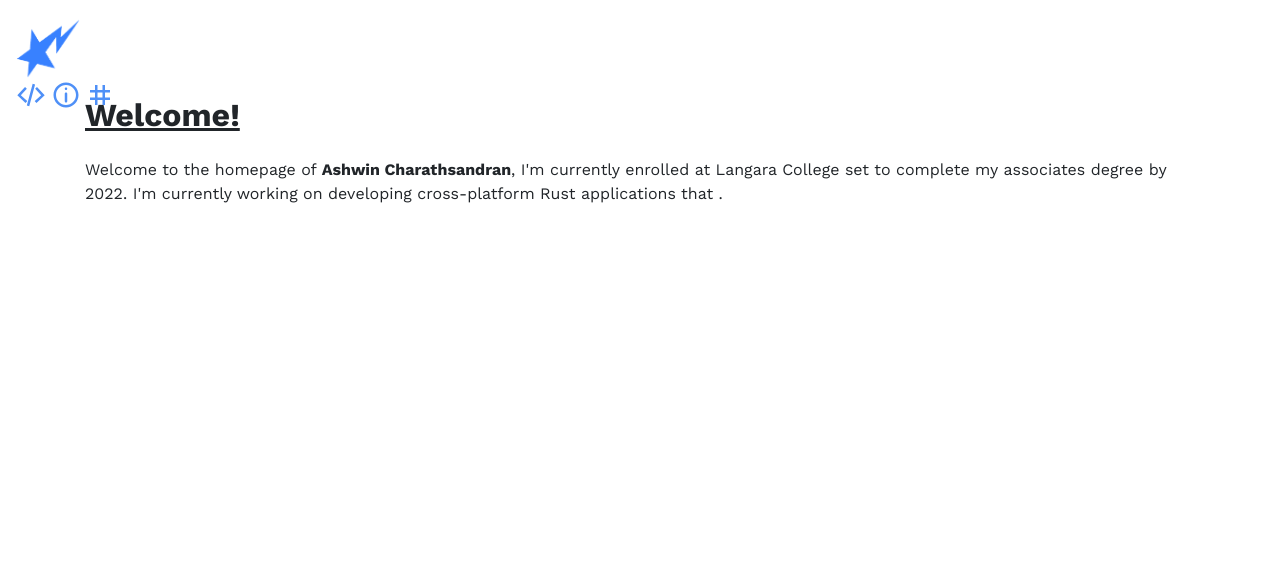
Repository: xxiz/ashwin.lol_flask
Page: http://localhost/
An editor plug-in stored every save of this project. The page is shown before and after the next save, followed by the edit.
The browser window is 1280 px wide. The pictures show the whole page.
The page is served by the project's application, run on Flask 3 (app.py).

Above is the page before, as saved 2021-08-31 17:04:40.

### templates/index.html
{% extends 'base.html'%}
{% block content %}
    <h1>Welcome!</h1>
    <p>Welcome to the homepage of <b>Ashwin Charathsandran</b>, I'm currently enrolled at Langara College set to complete my associates degree by 2022. I'm currently working on developing cross-platform Rust applications that . </p>
{% endblock %}

### templates/base.html
<!DOCTYPE html>
<html lang="en">
<head>
    <meta charset="UTF-8">
    <meta http-equiv="X-UA-Compatible" content="IE=edge">
    <meta name="viewport" content="width=device-width, initial-scale=1.0">
    <meta name="viewport" content="width=device-width, initial-scale=1">
    <link rel="stylesheet" href="https://stackpath.bootstrapcdn.com/bootstrap/4.1.3/css/bootstrap.min.css" integrity="sha384-MCw98/SFnGE8fJT3GXwEOngsV7Zt27NXFoaoApmYm81iuXoPkFOJwJ8ERdknLPMO" crossorigin="anonymous">
    <link href='https://css.gg/home-alt.css' rel='stylesheet'>
    <link rel="stylesheet" href="static/app.css">
    <title>{{ title }}</title>
</head>
<body>
  <header>
    <nav>
      <!-- <a href="/"><?xml version="1.0" encoding="UTF-8"?><svg fill="none" viewBox="0 0 24 24" xmlns="http://www.w3.org/2000/svg"><path d="m6 22.879c-1.6568 0-3-1.3432-3-3v-10c0-0.03389 0.00169-0.0674 0.00498-0.10043h-0.00498c0-0.57596 0.2288-1.1283 0.63607-1.5356l6.2426-6.2426c1.1715-1.1716 3.071-1.1716 4.2426 0l6.2426 6.2426c0.4073 0.40726 0.6361 0.95963 0.6361 1.5356h-5e-3c0.0033 0.03303 5e-3 0.06654 5e-3 0.10043v10c0 1.6568-1.3431 3-3 3h-12zm6.7071-19.464 6.2929 6.2929v10.172c0 0.5522-0.4477 1-1 1h-3v-5c0-1.6569-1.3431-3-3-3s-3 1.3431-3 3v5h-3c-0.55228 0-1-0.4478-1-1v-10.172l6.2929-6.293c0.3905-0.39052 1.0237-0.39052 1.4142 0z" clip-rule="evenodd" fill="currentColor" fill-rule="evenodd"/></svg></a> -->
      <a href="/"><img width="64" src="/static/logo.png" alt="A"></a>
      <br>
      <a href="/projects"><?xml version="1.0" encoding="UTF-8"?><svg viewBox="0 0 24 24" xmlns="http://www.w3.org/2000/svg"><path d="m13.325 3.0501-4.6576 17.382 1.9319 0.5176 4.6575-17.382-1.9318-0.51764z" fill="currentColor"/><path d="m7.612 18.361 1.3594-1.4484-5e-4 -0.0191-5.0943-4.7812 4.7904-5.1041-1.4583-1.3687-6.1591 6.5624 6.5624 6.1591z" fill="currentColor"/><path d="m16.388 18.361-1.3594-1.4484 5e-4 -0.0191 5.0943-4.7812-4.7904-5.1041 1.4583-1.3687 6.1591 6.5624-6.5624 6.1591z" fill="currentColor"/></svg></a>
      <a href=""><?xml version="1.0" encoding="UTF-8"?><svg viewBox="0 0 24 24" xmlns="http://www.w3.org/2000/svg"><path d="m11 10.979c0-0.5523 0.4477-1 1-1s1 0.44773 1 1v6c0 0.5523-0.4477 1-1 1s-1-0.4477-1-1v-6z" fill="currentColor"/><path d="m12 6.0512c-0.5523 0-1 0.44771-1 1 0 0.55228 0.4477 1 1 1s1-0.44772 1-1c0-0.55229-0.4477-1-1-1z" fill="currentColor"/><path d="m12 2c-5.5228 0-10 4.4772-10 10 0 5.5228 4.4772 10 10 10 5.5228 0 10-4.4772 10-10 0-5.5228-4.4772-10-10-10zm-8 10c0 4.4183 3.5817 8 8 8 4.4183 0 8-3.5817 8-8 0-4.4183-3.5817-8-8-8-4.4183 0-8 3.5817-8 8z" clip-rule="evenodd" fill="currentColor" fill-rule="evenodd"/></svg></a>
      <a href=""><?xml version="1.0" encoding="UTF-8"?><svg fill="none" viewBox="0 0 24 24" xmlns="http://www.w3.org/2000/svg"><path d="m8 4v4h-4v2h4v4h-4v2h4v4h2v-4h4v4h2v-4h4v-2h-4v-4h4v-2h-4v-4h-2v4h-4v-4h-2zm6 10v-4h-4v4h4z" clip-rule="evenodd" fill="currentColor" fill-rule="evenodd"/></svg></a>
    </nav>
  </header>
  <main>
    <div class="container">
      {% block content %} {% endblock %}
  </div>
  </main>
    <script src="https://code.jquery.com/jquery-3.3.1.slim.min.js" integrity="sha384-q8i/X+965DzO0rT7abK41JStQIAqVgRVzpbzo5smXKp4YfRvH+8abtTE1Pi6jizo" crossorigin="anonymous"></script>
    <script src="https://cdnjs.cloudflare.com/ajax/libs/popper.js/1.14.3/umd/popper.min.js" integrity="sha384-ZMP7rVo3mIykV+2+9J3UJ46jBk0WLaUAdn689aCwoqbBJiSnjAK/l8WvCWPIPm49" crossorigin="anonymous"></script>
    <script src="https://stackpath.bootstrapcdn.com/bootstrap/4.1.3/js/bootstrap.min.js" integrity="sha384-ChfqqxuZUCnJSK3+MXmPNIyE6ZbWh2IMqE241rYiqJxyMiZ6OW/JmZQ5stwEULTy" crossorigin="anonymous"></script>
</body>
</html>

### app.py
from flask import Flask, request
from web.content import index_page, projects_page
web = Flask(__name__)
web.config['SQLALCHEMY_TRACK_MODIFICATIONS'] = False

@web.route('/')
def index():
    return index_page()

@web.route('/projects')
def projects():
    return projects_page()

### web/content.py
from flask import render_template
import json

# Page Content
prefix = "Ashwin Charathsandran — "

# Meta Tags
preview_message = ""
preview_title = ""
preview_image = ""

with open('web/projects.json', 'r') as file:
    projects = json.load(file)

def index_page():
    return render_template('index.html',
    title = prefix + "Welcome!",
    preview_title = preview_title,
    preview_image = preview_image,
    preview_message = preview_message)

def projects_page():
    return render_template('projects.html',
    title = prefix + "Projects",
    items = projects,
    preview_title = preview_title,
    preview_image = preview_image,
    preview_message = preview_message)

### web/projects.json
[
        {
            "title": "Vernon",
            "description": "Quality-focused reboot composite",
            "image_url": "http://placeimg.com/640/480"
        },
        {
            "title": "Nolan",
            "description": "Multi-layered firmware",
            "image_url": "http://placeimg.com/640/480"
        },
        {
            "title": "Reyes",
            "description": "array national",
            "image_url": "http://placeimg.com/640/480"
        }
]

### static/app.css
@import url('https://fonts.googleapis.com/css2?family=Work+Sans:wght@400;700&display=swap');

:root {
    --blue: #4f90f7;
    --red: #d93434;
}

h1 {
    font-family: 'Work Sans', sans-serif;
    font-weight: 700;
    padding-bottom: 0.5em; padding-top: 0.5em;
    text-decoration: underline;
    font-size: 32px;
}

p {
    font-family: 'Work Sans', sans-serif;
    font-weight: 400;
}

a {
    text-decoration: none;
    color: var(--blue);
}

a:hover {
    animation: hover-effect 1s infinite linear;
}

.card {
    margin-bottom: 1.5em;
}

.description {
    padding-bottom: 0.5em;
    font-size: 18px;
}
nav {
    padding: 1em;
    overflow: hidden;
    position: fixed;
    top: 0;
    width: 100%;
}

nav a svg {
    width: 30px;
}

.navbar-logo {
    margin-right: 50px;
    width: 60px;
}

.nav-item {
    font-weight: 700;
}
main {
    padding-top: 80px;
}


@keyframes hover-effect {
    0% {
        color: var(--blue);
    }
    50% {
        color: var(--red);

    }
    100% {
        color: var(--blue);
    }
}

After the next save:
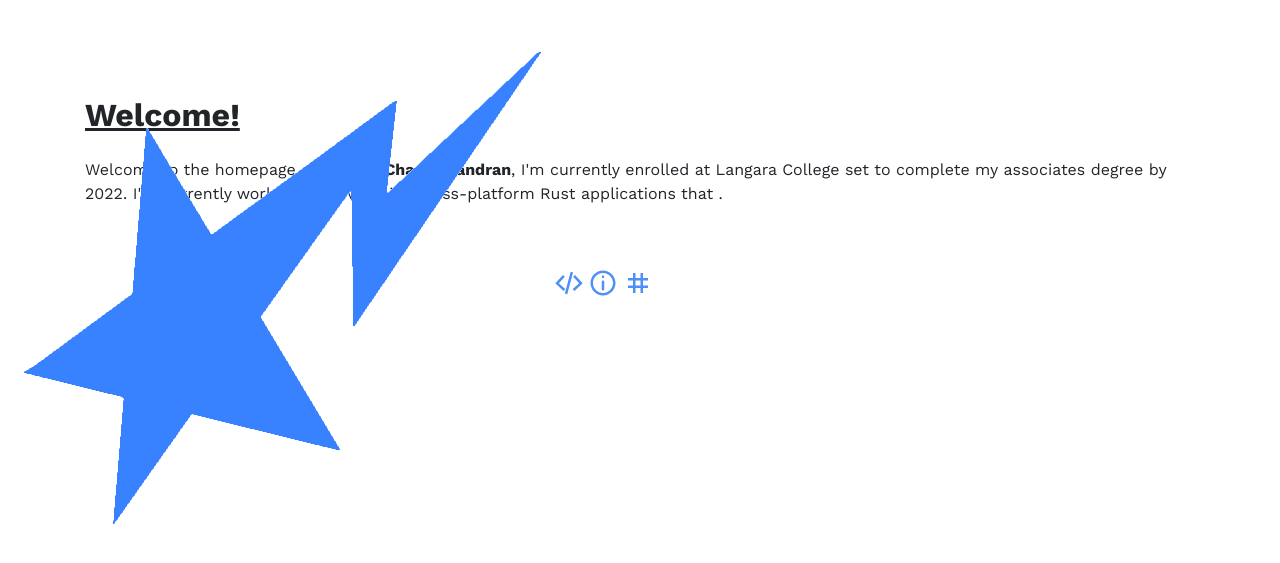
Saved 16 s later.
--- a/templates/base.html
+++ b/templates/base.html
@@ -14,8 +14,7 @@
   <header>
     <nav>
       <!-- <a href="/"><?xml version="1.0" encoding="UTF-8"?><svg fill="none" viewBox="0 0 24 24" xmlns="http://www.w3.org/2000/svg"><path d="m6 22.879c-1.6568 0-3-1.3432-3-3v-10c0-0.03389 0.00169-0.0674 0.00498-0.10043h-0.00498c0-0.57596 0.2288-1.1283 0.63607-1.5356l6.2426-6.2426c1.1715-1.1716 3.071-1.1716 4.2426 0l6.2426 6.2426c0.4073 0.40726 0.6361 0.95963 0.6361 1.5356h-5e-3c0.0033 0.03303 5e-3 0.06654 5e-3 0.10043v10c0 1.6568-1.3431 3-3 3h-12zm6.7071-19.464 6.2929 6.2929v10.172c0 0.5522-0.4477 1-1 1h-3v-5c0-1.6569-1.3431-3-3-3s-3 1.3431-3 3v5h-3c-0.55228 0-1-0.4478-1-1v-10.172l6.2929-6.293c0.3905-0.39052 1.0237-0.39052 1.4142 0z" clip-rule="evenodd" fill="currentColor" fill-rule="evenodd"/></svg></a> -->
-      <a href="/"><img width="64" src="/static/logo.png" alt="A"></a>
-      <br>
+      <a href="/"><img src="/static/logo.png" alt="A"></a>
       <a href="/projects"><?xml version="1.0" encoding="UTF-8"?><svg viewBox="0 0 24 24" xmlns="http://www.w3.org/2000/svg"><path d="m13.325 3.0501-4.6576 17.382 1.9319 0.5176 4.6575-17.382-1.9318-0.51764z" fill="currentColor"/><path d="m7.612 18.361 1.3594-1.4484-5e-4 -0.0191-5.0943-4.7812 4.7904-5.1041-1.4583-1.3687-6.1591 6.5624 6.5624 6.1591z" fill="currentColor"/><path d="m16.388 18.361-1.3594-1.4484 5e-4 -0.0191 5.0943-4.7812-4.7904-5.1041 1.4583-1.3687 6.1591 6.5624-6.5624 6.1591z" fill="currentColor"/></svg></a>
       <a href=""><?xml version="1.0" encoding="UTF-8"?><svg viewBox="0 0 24 24" xmlns="http://www.w3.org/2000/svg"><path d="m11 10.979c0-0.5523 0.4477-1 1-1s1 0.44773 1 1v6c0 0.5523-0.4477 1-1 1s-1-0.4477-1-1v-6z" fill="currentColor"/><path d="m12 6.0512c-0.5523 0-1 0.44771-1 1 0 0.55228 0.4477 1 1 1s1-0.44772 1-1c0-0.55229-0.4477-1-1-1z" fill="currentColor"/><path d="m12 2c-5.5228 0-10 4.4772-10 10 0 5.5228 4.4772 10 10 10 5.5228 0 10-4.4772 10-10 0-5.5228-4.4772-10-10-10zm-8 10c0 4.4183 3.5817 8 8 8 4.4183 0 8-3.5817 8-8 0-4.4183-3.5817-8-8-8-4.4183 0-8 3.5817-8 8z" clip-rule="evenodd" fill="currentColor" fill-rule="evenodd"/></svg></a>
       <a href=""><?xml version="1.0" encoding="UTF-8"?><svg fill="none" viewBox="0 0 24 24" xmlns="http://www.w3.org/2000/svg"><path d="m8 4v4h-4v2h4v4h-4v2h4v4h2v-4h4v4h2v-4h4v-2h-4v-4h4v-2h-4v-4h-2v4h-4v-4h-2zm6 10v-4h-4v4h4z" clip-rule="evenodd" fill="currentColor" fill-rule="evenodd"/></svg></a>

After the 5 saves that followed:
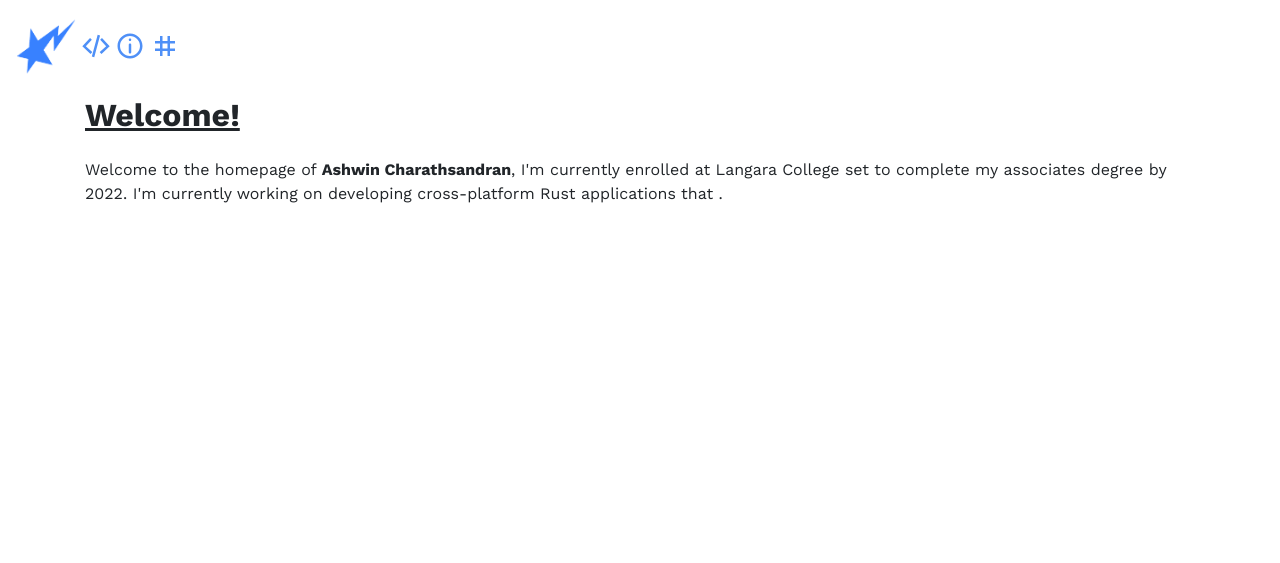
The 5 saves are shown as one change because 3 left the picture as it was and some came seconds apart.
The last was saved 39 s later.
--- a/templates/base.html
+++ b/templates/base.html
@@ -14,7 +14,7 @@
   <header>
     <nav>
       <!-- <a href="/"><?xml version="1.0" encoding="UTF-8"?><svg fill="none" viewBox="0 0 24 24" xmlns="http://www.w3.org/2000/svg"><path d="m6 22.879c-1.6568 0-3-1.3432-3-3v-10c0-0.03389 0.00169-0.0674 0.00498-0.10043h-0.00498c0-0.57596 0.2288-1.1283 0.63607-1.5356l6.2426-6.2426c1.1715-1.1716 3.071-1.1716 4.2426 0l6.2426 6.2426c0.4073 0.40726 0.6361 0.95963 0.6361 1.5356h-5e-3c0.0033 0.03303 5e-3 0.06654 5e-3 0.10043v10c0 1.6568-1.3431 3-3 3h-12zm6.7071-19.464 6.2929 6.2929v10.172c0 0.5522-0.4477 1-1 1h-3v-5c0-1.6569-1.3431-3-3-3s-3 1.3431-3 3v5h-3c-0.55228 0-1-0.4478-1-1v-10.172l6.2929-6.293c0.3905-0.39052 1.0237-0.39052 1.4142 0z" clip-rule="evenodd" fill="currentColor" fill-rule="evenodd"/></svg></a> -->
-      <a href="/"><img src="/static/logo.png" alt="A"></a>
+      <a class="logo" href="/"><img src="/static/logo.png" alt="A"></a>
       <a href="/projects"><?xml version="1.0" encoding="UTF-8"?><svg viewBox="0 0 24 24" xmlns="http://www.w3.org/2000/svg"><path d="m13.325 3.0501-4.6576 17.382 1.9319 0.5176 4.6575-17.382-1.9318-0.51764z" fill="currentColor"/><path d="m7.612 18.361 1.3594-1.4484-5e-4 -0.0191-5.0943-4.7812 4.7904-5.1041-1.4583-1.3687-6.1591 6.5624 6.5624 6.1591z" fill="currentColor"/><path d="m16.388 18.361-1.3594-1.4484 5e-4 -0.0191 5.0943-4.7812-4.7904-5.1041 1.4583-1.3687 6.1591 6.5624-6.5624 6.1591z" fill="currentColor"/></svg></a>
       <a href=""><?xml version="1.0" encoding="UTF-8"?><svg viewBox="0 0 24 24" xmlns="http://www.w3.org/2000/svg"><path d="m11 10.979c0-0.5523 0.4477-1 1-1s1 0.44773 1 1v6c0 0.5523-0.4477 1-1 1s-1-0.4477-1-1v-6z" fill="currentColor"/><path d="m12 6.0512c-0.5523 0-1 0.44771-1 1 0 0.55228 0.4477 1 1 1s1-0.44772 1-1c0-0.55229-0.4477-1-1-1z" fill="currentColor"/><path d="m12 2c-5.5228 0-10 4.4772-10 10 0 5.5228 4.4772 10 10 10 5.5228 0 10-4.4772 10-10 0-5.5228-4.4772-10-10-10zm-8 10c0 4.4183 3.5817 8 8 8 4.4183 0 8-3.5817 8-8 0-4.4183-3.5817-8-8-8-4.4183 0-8 3.5817-8 8z" clip-rule="evenodd" fill="currentColor" fill-rule="evenodd"/></svg></a>
       <a href=""><?xml version="1.0" encoding="UTF-8"?><svg fill="none" viewBox="0 0 24 24" xmlns="http://www.w3.org/2000/svg"><path d="m8 4v4h-4v2h4v4h-4v2h4v4h2v-4h4v4h2v-4h4v-2h-4v-4h4v-2h-4v-4h-2v4h-4v-4h-2zm6 10v-4h-4v4h4z" clip-rule="evenodd" fill="currentColor" fill-rule="evenodd"/></svg></a>
--- a/static/app.css
+++ b/static/app.css
@@ -59,6 +59,9 @@ main {
     padding-top: 80px;
 }
 
+.logo img {
+    width: 60px;
+}
 
 @keyframes hover-effect {
     0% {
